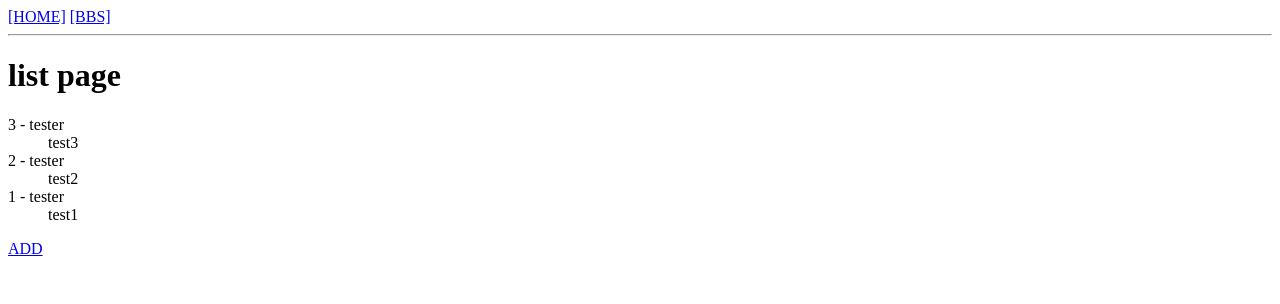
Repository: hwa3845/fullstackjava
Page: http://localhost/web04/bbs/
The author's editor kept a copy of each file at every save. The page is drawn from the files as they stood at one save, then again after the next save.
The browser window is 1280 px wide. The pictures show the whole page.
The page is served by Tomcat 9. The database holds what the project's SQL file puts in it.

Above is the page before, as saved 2025-04-16 07:55:40.

After the next save:
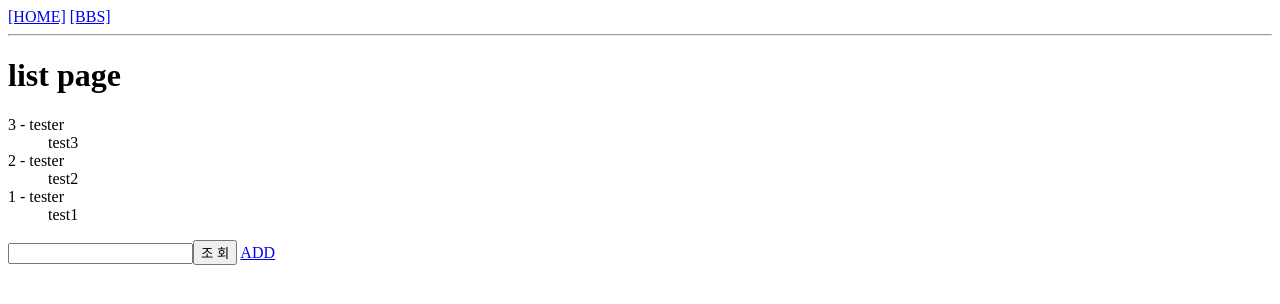
Saved 10 min 26 s later.
--- a/webWorkspace/web04/WebContent/bbs/index.jsp
+++ b/webWorkspace/web04/WebContent/bbs/index.jsp
@@ -41,6 +41,7 @@ try{
 }
 %>
 </dl>
+<input type="text"><input type="submit" value="조 회">
 <a href="./add.jsp">ADD</a>
 </body>
 </html>
